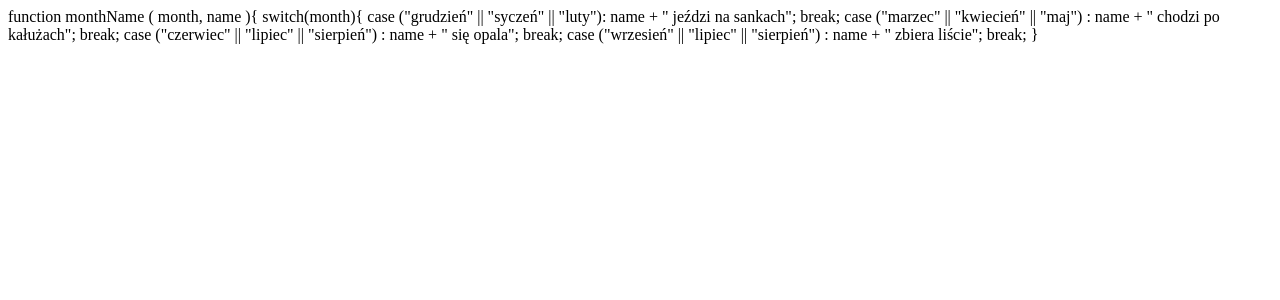
Repository: Maxs777/wizytowka
Page: index.html
These files come from the project's save history. The page is drawn as it stood at one moment and after the next save; the edit follows.
The browser window is 1280 px wide. The pictures show the whole page.

Above is the page before, as saved 2019-03-06 14:52:49.

After the next save:
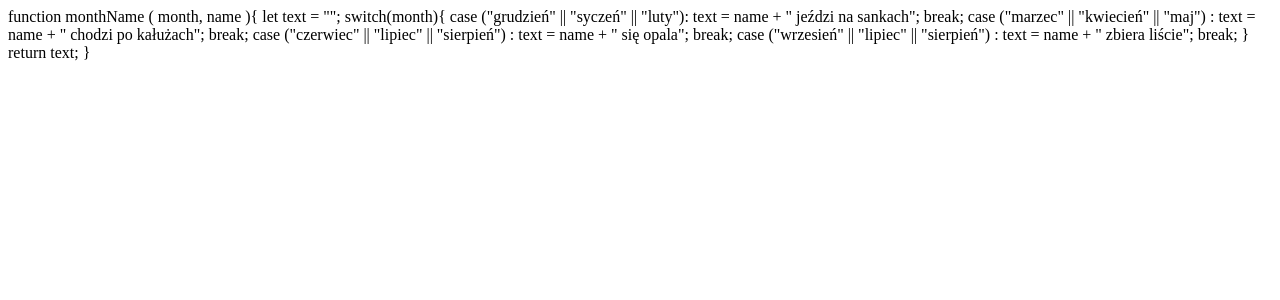
Saved 3 min 11 s later.
--- a/index.html
+++ b/index.html
@@ -14,17 +14,20 @@
 
 
 function monthName ( month, name ){
+let text = "";
 switch(month){
 case ("grudzień" || "syczeń" || "luty"):
-name + " jeździ na sankach";
+text = name + " jeździ na sankach";
 break;
 case ("marzec" || "kwiecień" || "maj") :
-name + " chodzi po kałużach";
+text = name + " chodzi po kałużach";
 break;
 case ("czerwiec" || "lipiec" || "sierpień") :
-name + " się opala";
+text = name + " się opala";
 break;
 case ("wrzesień" || "lipiec" || "sierpień") :
-name + " zbiera liście";
+text = name + " zbiera liście";
 break;
 }
+return text;
+}
